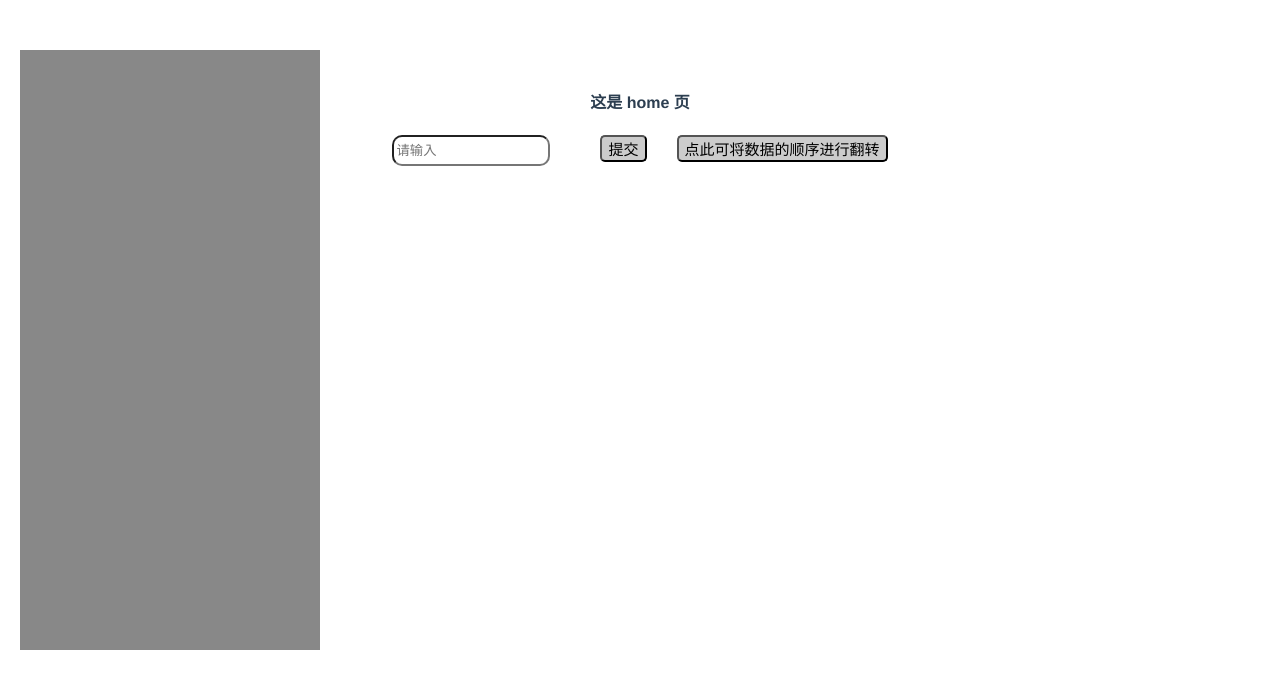
Repository: z-xy-git/demofirst
Page: /
An editor plug-in stored every save of this project. The page is shown before and after the next save, followed by the edit.
The browser window is 1280 px wide. The pictures show the whole page.
The project was rebuilt for these pictures with package versions that can differ from the ones it lists, and the page was loaded fresh each time.

Above is the page before, as saved 2021-02-25 11:41:02.

### src/App.vue
<template>
  <div id="app">
    <div id="nav">
    </div>
    <router-view/>
  </div>
</template>

<style>
#app {
  font-family: Avenir, Helvetica, Arial, sans-serif;
  -webkit-font-smoothing: antialiased;
  -moz-osx-font-smoothing: grayscale;
  text-align: center;
  color: #2c3e50;
}

#nav {
  padding: 30px;
}

#nav a {
  font-weight: bold;
  color: #2c3e50;
}

#nav a.router-link-exact-active {
  color: #42b983;
}
</style>

### src/views/Home.vue
<template>
  <div class="home">
    <h4>这是 home 页</h4>
    <input type="text" v-model="inputData" placeholder="请输入" class="input-style">
    <button @click="btnclick" class="btn-style">提交</button>
    <button @click="reverseItemData" class="btn-style">点此可将数据的顺序进行翻转</button>
    <div class="show-data">
      <p class="p" v-for="(item) in inputDataArr" :key="item">{{item}}</p>
    </div>
  </div>
</template>

<script>
// @ is an alias to /src

export default {
  name: 'Home',
  components: {
  },
  data(){
    return{
      inputData: '',
      inputDataArr: []
    }
  },
  methods:{
    btnclick() {
      // this.$router.push('/about');
      console.log(this.inputData);
      // this.$el.querySelector('.p').innerHTML = this.inputData;
      this.inputDataArr.push(this.inputData);
    },
    reverseItemData(){
      this.inputDataArr.reverse;
    }
  }
}
</script>
<style>
  .input-style{
    margin-right: 20px;
    outline: none;
    border-radius: 10px;
    width: 150px;
    height: 25px;
  }
  .btn-style{
    margin-left: 30px;
    outline: none;
    border-radius: 5px;
    background-color: #ccc;
    font-size: 15px;
  }
  .show-data{
    position: absolute;
    left: 20px;
    top: 50px;
    width: 300px;
    height: 600px;
    background-color: #888;
    color: #fff;
  }
</style>

Loaded but not shown: public/index.html (common file); src/main.js (common file); src/router/index.js (common file); src/store/index.js (common file)

After the next save:
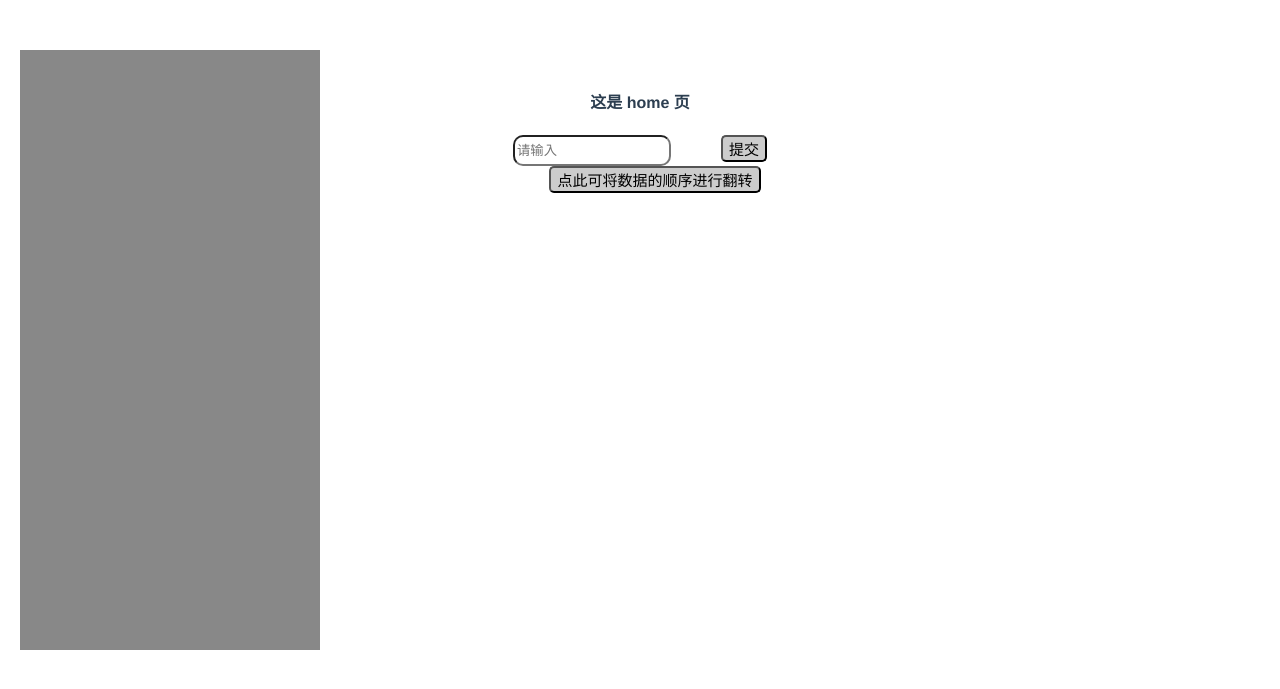
Saved 56 s later.
--- a/src/views/Home.vue
+++ b/src/views/Home.vue
@@ -3,7 +3,9 @@
     <h4>这是 home 页</h4>
     <input type="text" v-model="inputData" placeholder="请输入" class="input-style">
     <button @click="btnclick" class="btn-style">提交</button>
-    <button @click="reverseItemData" class="btn-style">点此可将数据的顺序进行翻转</button>
+    <div>
+      <button @click="reverseItemData" class="btn-style">点此可将数据的顺序进行翻转</button>
+    </div>
     <div class="show-data">
       <p class="p" v-for="(item) in inputDataArr" :key="item">{{item}}</p>
     </div>
